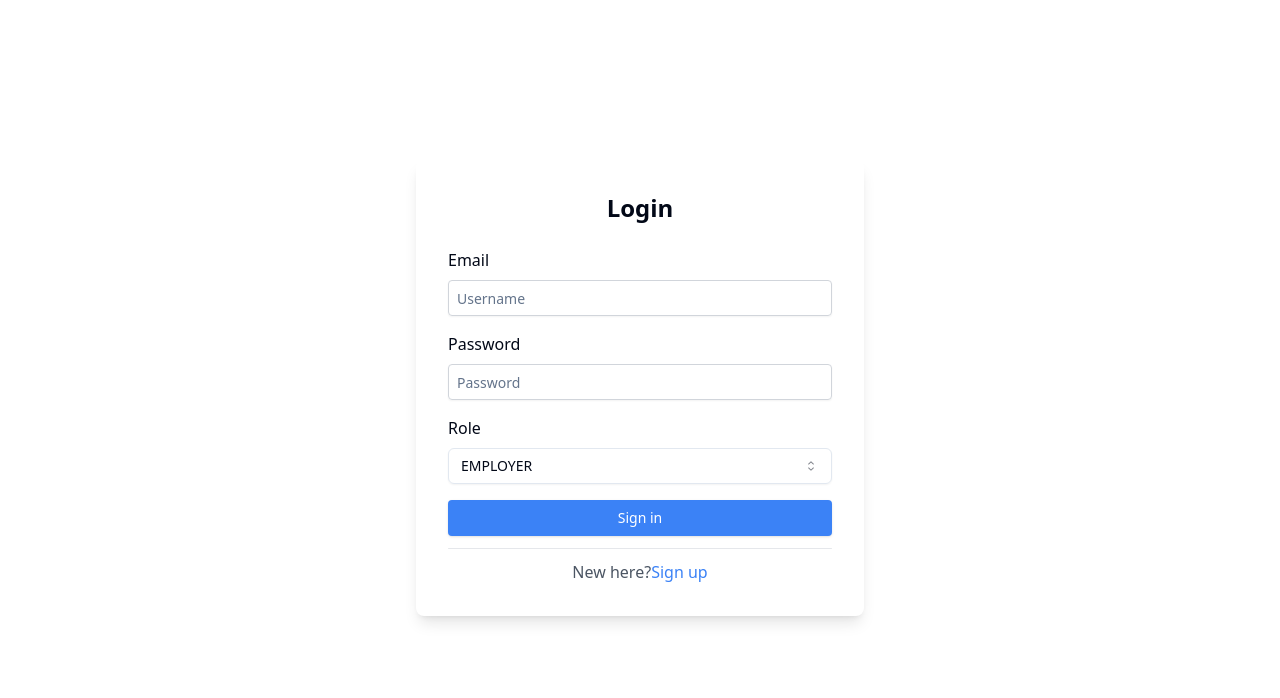
Repository: hisreal123/globalpath_fe
Page: /auth/signin
An editor plug-in stored every save of this project. The page is shown before and after the next save, followed by the edit.
The browser window is 1280 px wide. The pictures show the whole page.
The project was rebuilt for these pictures with package versions that can differ from the ones it lists, and the page was loaded fresh each time. Also part of the build but not shown: vite.config.ts, src/components/pages/HomeComponent.tsx, src/pages/Home.tsx, src/pages/Error.tsx, src/pages/About.tsx, src/pages/Blog.tsx, src/pages/Find_jobs.tsx, src/components/Header.tsx and 3 more.

Above is the page before, as saved 2024-10-12 15:59:39.

After the next save:
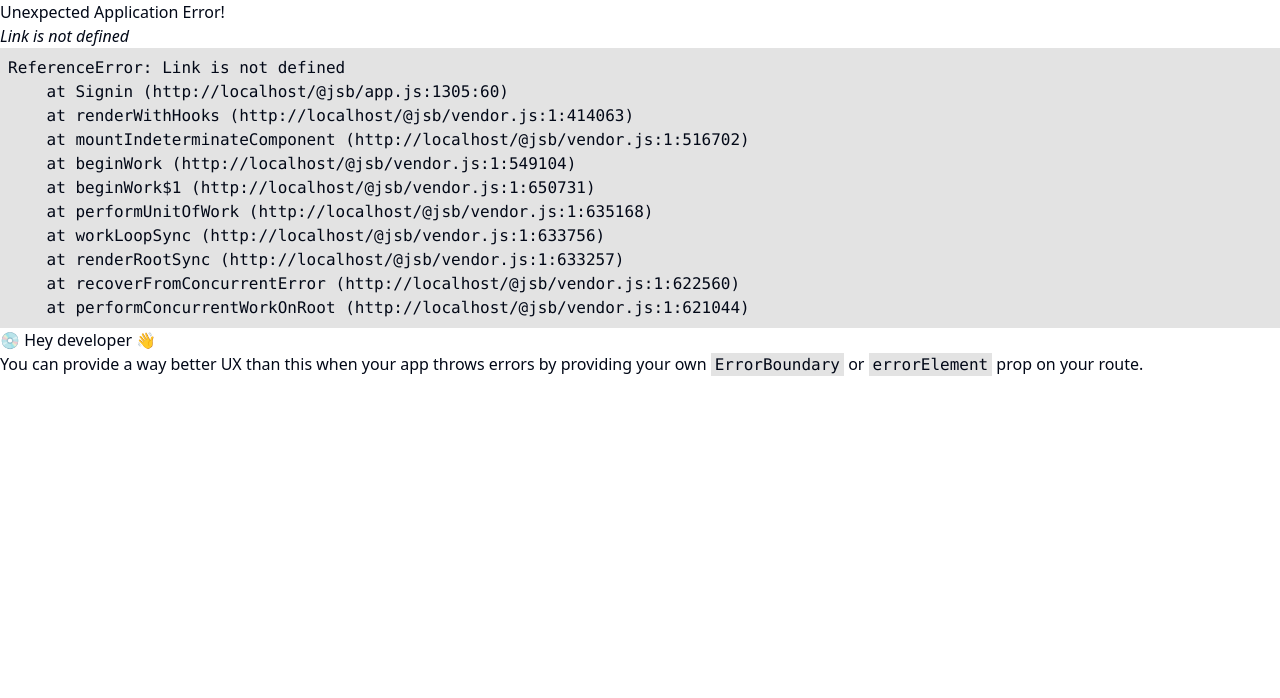
Console error: ReferenceError: Link is not defined
Saved 21 s later.
--- a/src/pages/auth/Signin.tsx
+++ b/src/pages/auth/Signin.tsx
@@ -5,9 +5,14 @@ const Signin = () => {
 
   return (
     <div>
-        <SigninComponent />
+      <div className="top_nav px-5 flex items-center justify-between font-bold pt-3">
+        <Link to="/">Logo</Link>
+        <h2>right</h2>
+      </div>
+
+      <SigninComponent />
     </div>
-  )
+  );
 }
 
 export default Signin

After the save that followed:
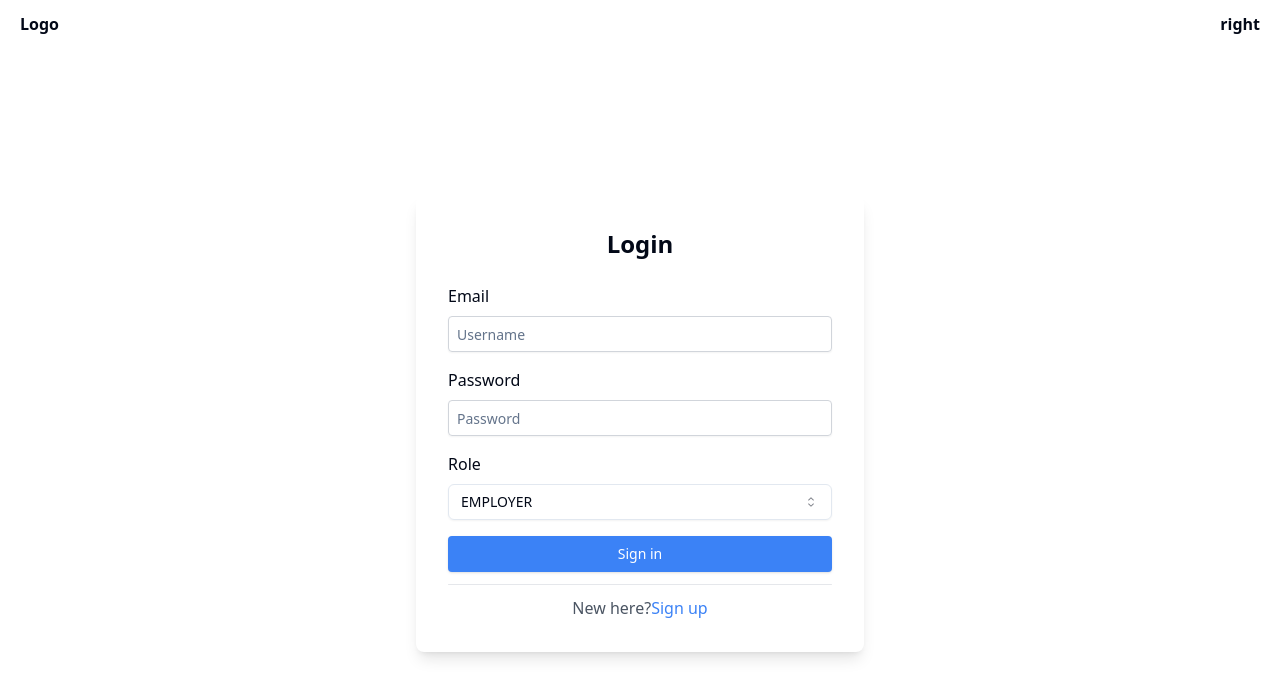
The error is gone.
Saved 2 min 27 s later.
--- a/src/pages/auth/Signin.tsx
+++ b/src/pages/auth/Signin.tsx
@@ -1,5 +1,6 @@
 import React from 'react'
 import SigninComponent from '../../components/pages/auth/SigninComponent'
+import { Link } from 'react-router-dom';
 
 const Signin = () => {
 
